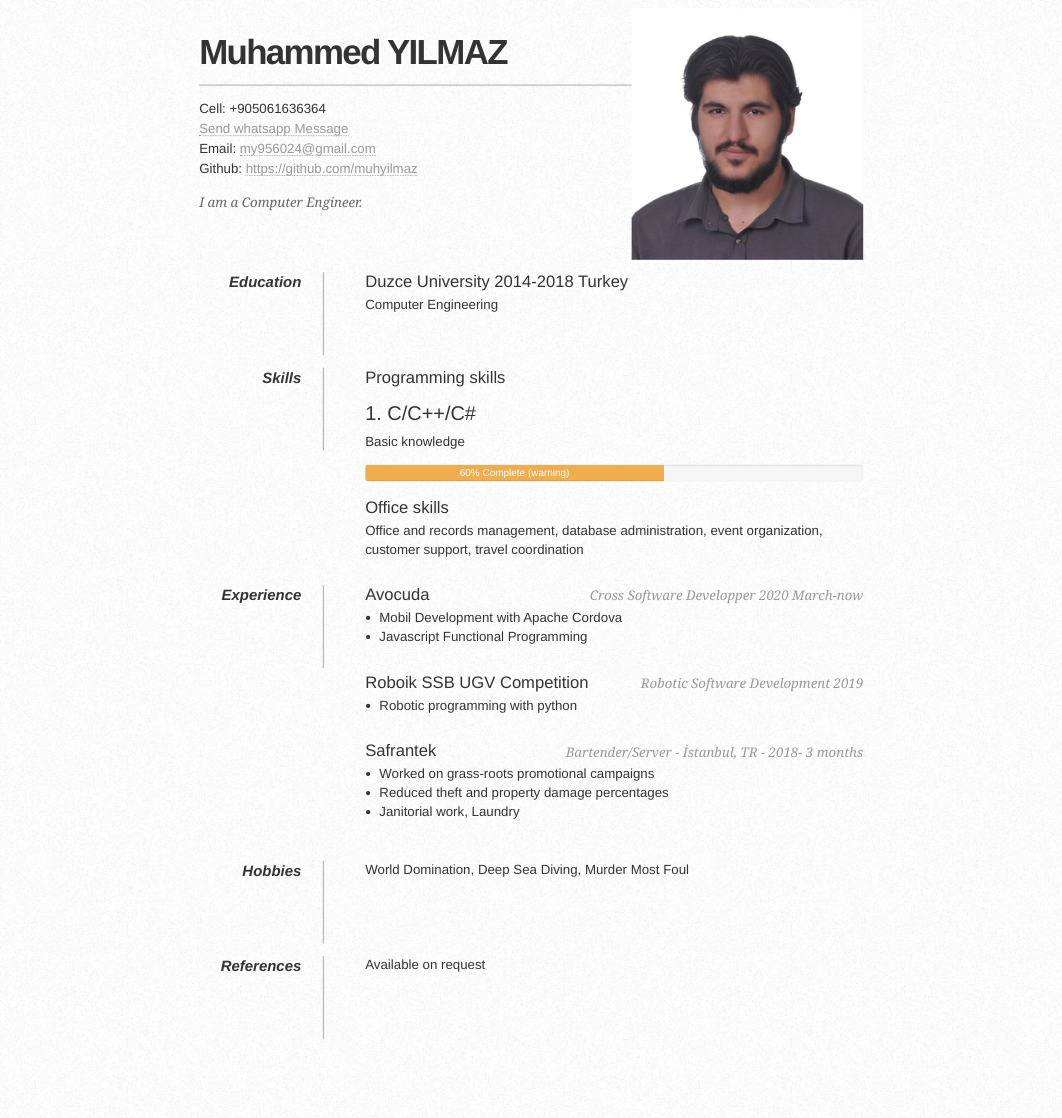
Repository: muhyilmaz/muhyilmaz.github.io
Page: index.html
An editor plug-in stored every save of this project. The page is shown before and after the next save, followed by the edit.
The browser window is 1280 px wide. The pictures show the whole page, at 83% of full size.

Above is the page before, as saved 2020-06-07 02:42:34.

### index.html
<!DOCTYPE html PUBLIC "-//W3C//DTD XHTML 1.0 Strict//EN"
"http://www.w3.org/TR/xhtml1/DTD/xhtml1-strict.dtd">

<html xmlns="http://www.w3.org/1999/xhtml" xml:lang="en" lang="en">

<head>

     <meta http-equiv="Content-Type" content="text/html; charset=utf-8"/>
     <meta name="viewport" content="width=device-width, initial-scale=1">
     <link rel="stylesheet" href="https://maxcdn.bootstrapcdn.com/bootstrap/3.4.1/css/bootstrap.min.css">
     <script src="https://ajax.googleapis.com/ajax/libs/jquery/3.5.1/jquery.min.js"></script>
     <script src="https://maxcdn.bootstrapcdn.com/bootstrap/3.4.1/js/bootstrap.min.js"></script>

     <title>MUHAMMED YILMAZ</title>

     <style type="text/css">
        * { margin: 0; padding: 0; }
        body { font: 16px Helvetica, Sans-Serif; line-height: 24px; background: url(images/noise.jpg); }
        .clear { clear: both; }
        #page-wrap { width: 800px; margin: 40px auto 60px; }
        #pic { float: right; margin: -30px 0 0 0; }
        h1 { margin: 0 0 16px 0; padding: 0 0 16px 0; font-size: 42px; font-weight: bold; letter-spacing: -2px; border-bottom: 1px solid #999; }
        h2 { font-size: 20px; margin: 0 0 6px 0; position: relative; }
        h2 span { position: absolute; bottom: 0; right: 0; font-style: italic; font-family: Georgia, Serif; font-size: 16px; color: #999; font-weight: normal; }
        p { margin: 0 0 16px 0; }
        a { color: #999; text-decoration: none; border-bottom: 1px dotted #999; }
        a:hover { border-bottom-style: solid; color: black; }
        ul { margin: 0 0 32px 17px; }
        #objective { width: 500px; float: left; }
        #objective p { font-family: Georgia, Serif; font-style: italic; color: #666; }
        dt { font-style: italic; font-weight: bold; font-size: 18px; text-align: right; padding: 0 26px 0 0; width: 150px; float: left; height: 100px; border-right: 1px solid #999;  }
        dd { width: 600px; float: right; }
        dd.clear { float: none; margin: 0; height: 15px; }
     </style>
</head>

<body>

    <div id="page-wrap">

        <img src="images/profileres.jpg" alt="Photo of Cthulu" id="pic" />

        <div id="contact-info" class="vcard">

            <!-- Microformats! -->

            <h1 class="fn">Muhammed YILMAZ</h1>

            <p>
                Cell: <span class="tel">+905061636364</span><br />
                <a href="https://api.whatsapp.com/send?phone=905061636364">Send whatsapp Message</a><br />
                Email: <a class="email" href="mailto:my956024@gmail.com">my956024@gmail.com</a><br />
                Github: <a href="https://github.com/muhyilmaz">https://github.com/muhyilmaz</a>
            </p>
        </div>

        <div id="objective">
            <p>
                I am a Computer Engineer.
            </p>
        </div>

        <div class="clear"></div>

        <dl>
            <dd class="clear"></dd>

            <dt>Education</dt>
            <dd>
                <h2>Duzce University 2014-2018 Turkey</h2>
                <p> Computer Engineering </br>

				</p>
            </dd>

            <dd class="clear"></dd>

            <dt>Skills</dt>
            <dd>
                <!---
				<h2>Office skills</h2>
                <p>Office and records management, database administration, event organization, customer support, travel coordination</p>

                <h2>Computer skills</h2>
                <p>Microsoft productivity software (Word, Excel, etc), Adobe Creative Suite, Windows</p>
				-->
				<h2>Programming skills</h2>
				<h3>1. C/C++/C# </h3>
                <p>Basic knowledge </p>
                <div class="progress">
                    <div class="progress-bar progress-bar-warning" role="progressbar" aria-valuenow="60" aria-valuemin="0" aria-valuemax="100" style="width:60%">
                      60% Complete (warning)
                    </div>
                  </div>

				<h2>Office skills</h2>
                <p>Office and records management, database administration, event organization, customer support, travel coordination</p>
			</dd>

            <dd class="clear"></dd>

            <dt>Experience</dt>
            <dd>
                <h2>Avocuda <span>Cross Software Developper 2020 March-now</span></h2>
                <ul>
                    <li> Mobil Development with Apache Cordova</li>
					<li> Javascript Functional Programming</li>

                </ul>
                <h2>Roboik SSB UGV Competition <span>Robotic Software Development 2019</span></h2>
                <ul>
                    <li>Robotic programming with python</li>

                </ul>
                <h2>Safrantek <span>Bartender/Server - İstanbul, TR - 2018- 3 months</span></h2>
                <ul>
                    <li>Worked on grass-roots promotional campaigns</li>
                    <li>Reduced theft and property damage percentages</li>
                    <li>Janitorial work, Laundry</li>
                </ul>
            </dd>

            <dd class="clear"></dd>

            <dt>Hobbies</dt>
            <dd>World Domination, Deep Sea Diving, Murder Most Foul</dd>

            <dd class="clear"></dd>

            <dt>References</dt>
            <dd>Available on request</dd>

            <dd class="clear"></dd>
        </dl>

        <div class="clear"></div>

    </div>

</body>

</html>

After the next save:
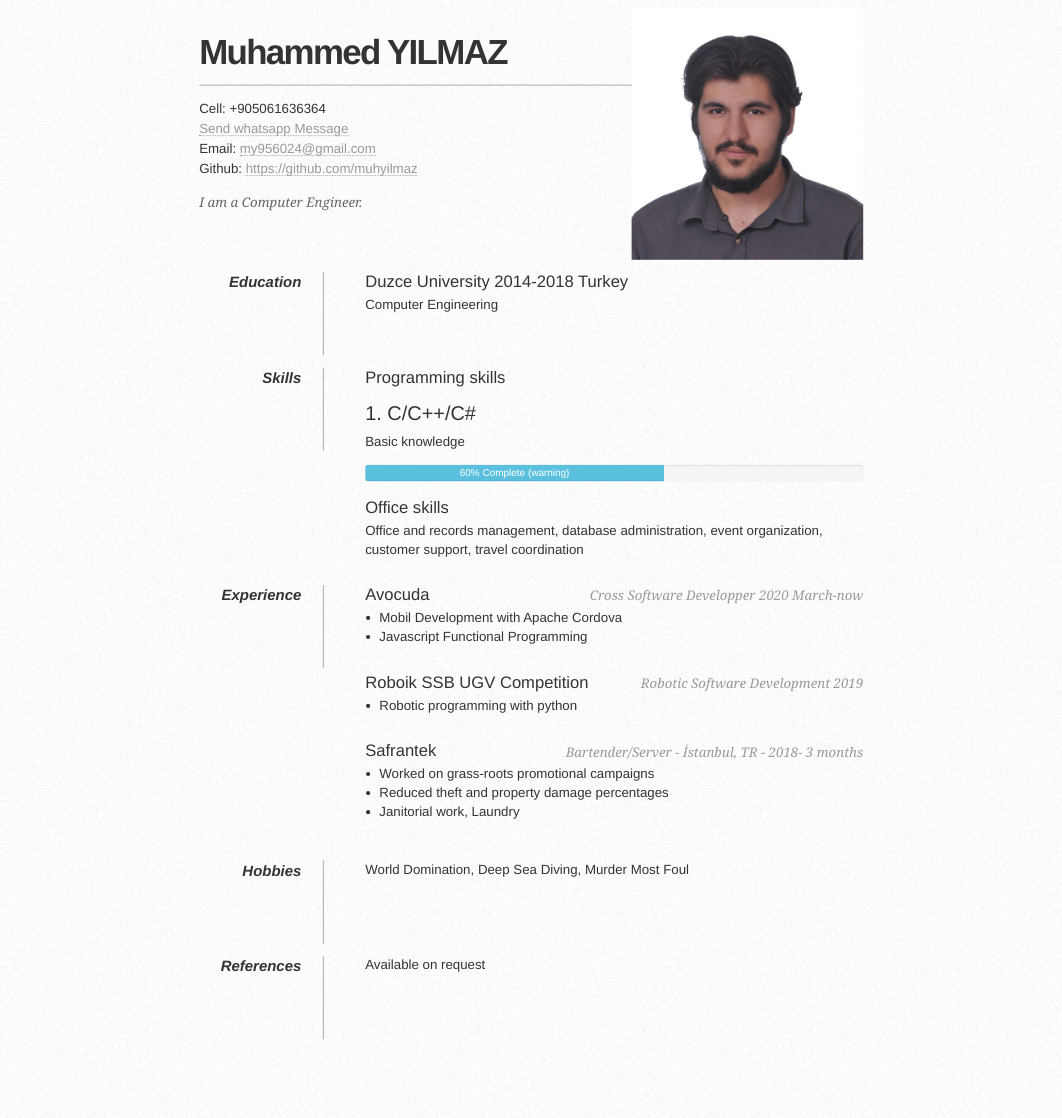
Saved 55 s later.
--- a/index.html
+++ b/index.html
@@ -88,7 +88,7 @@
 				<h3>1. C/C++/C# </h3>
                 <p>Basic knowledge </p>
                 <div class="progress">
-                    <div class="progress-bar progress-bar-warning" role="progressbar" aria-valuenow="60" aria-valuemin="0" aria-valuemax="100" style="width:60%">
+                    <div class="progress-bar progress-bar-info" role="progressbar" aria-valuenow="60" aria-valuemin="0" aria-valuemax="100" style="width:60%">
                       60% Complete (warning)
                     </div>
                   </div>
